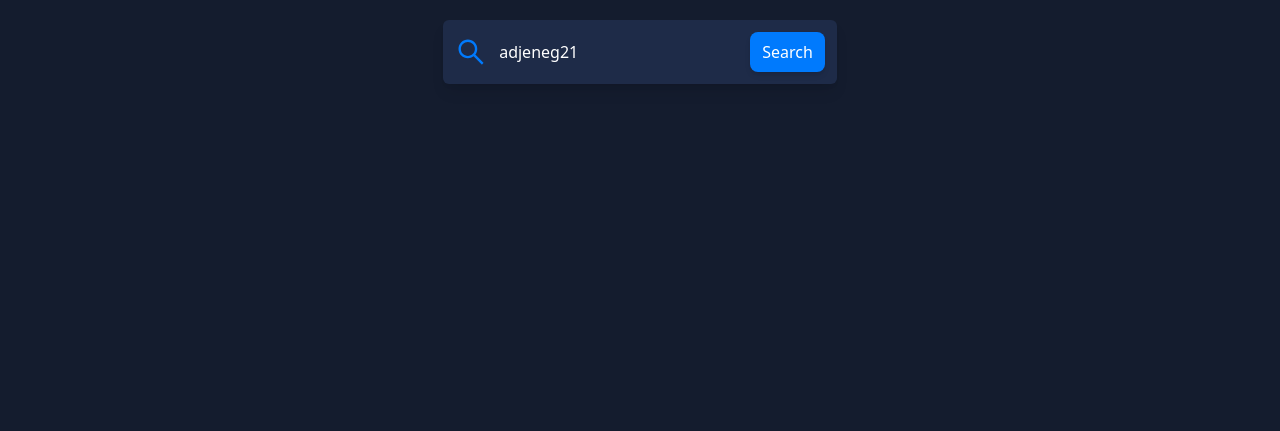
Repository: Gabriel221-dev/Git-Project
Page: /
The author's editor kept a copy of each file at every save. The page is drawn from the files as they stood at one save, then again after the next save.
The browser window is 1280 px wide. The pictures show the whole page.
The page's requests for data from a server got no answer. The project was rebuilt for these pictures with package versions that can differ from the ones it lists, and the page was loaded fresh each time. No one was signed in, and anything a server would have sent is missing. Also part of the build but not shown: vite.config.js, src/components/Preview/Preview.jsx.

Above is the page before, as saved 2024-06-28 12:19:50.

### src/App.jsx
// import { useState } from "react";
// import "./App.css";
// import Search from "./components/Search/Search";
// import Preview from "./components/Preview/Preview";
// import DarkAndLightBtn from "./components/DarkAndLightBtn/DarkAndLightBtn";

// function App() {
//   const [data, setData] = useState({});
//   const [isLoading, setIsLoading] = useState(true);

//   return (
//     <div className="flex flex-col gap-5 h-screen w-full justify-center items-center bg-dark-bg">
//       <div>
//         <DarkAndLightBtn />
//         <Search setData={setData} setIsLoading={setIsLoading} />
//       </div>
//       <div>
//         <Preview
//           avatarUrl={data.avatar_url}
//           blog={data.blog}
//           email={data.email}
//           followers={data.followers}
//           following={data.following}
//           location={data.location}
//           login={data.login}
//           name={data.name}
//           public_repos={data.public_repos}
//           twitter={data.twitter}
//           isLoading={isLoading}
//           bio={data.bio}
//           joinedAt={data.created_at?.split("T")[0]}
//         />
//       </div>
//     </div>
//   );
// }

// export default App;

import { useState } from "react";
import "./App.css";
import Search from "./components/Search/Search";
import Preview from "./components/Preview/Preview";

function App() {
  const [data, setData] = useState(null);
  const [isLoading, setIsLoading] = useState(false);

  return (
    <div className="flex flex-col gap-5 h-screen w-100% p-5  justify-content items-center bg-dark-bg">
      <Search setData={setData} setIsLoading={setIsLoading} />
      {data && (
        <Preview
          avatarUrl={data.avatar_url}
          name={data.name}
          login={data.login}
          public_repos={data.public_repos}
          followers={data.followers}
          following={data.following}
          location={data.location}
          blog={data.blog}
          twitter={data.twitter_username}
          email={data.email}
          isLoading={isLoading}
          bio={data.bio}
          joinedAt={new Date(data.created_at).toLocaleDateString()}
        />
      )}
    </div>
  );
}

export default App;

### src/App.css
#root {
  max-width: auto;
  margin: 0;
  padding: 0rem;
  text-align: center;
}

.logo {
  height: 6em;
  padding: 1.5em;
  will-change: filter;
  transition: filter 300ms;
}
.logo:hover {
  filter: drop-shadow(0 0 2em #646cffaa);
}
/* .logo.react:hover {
  filter: drop-shadow(0 0 2em #61dafbaa);
} */

@keyframes logo-spin {
  from {
    transform: rotate(0deg);
  }
  to {
    transform: rotate(360deg);
  }
}

@media (prefers-reduced-motion: no-preference) {
  a:nth-of-type(2) .logo {
    animation: logo-spin infinite 20s linear;
  }
}

.card {
  padding: 2em;
}

.read-the-docs {
  color: #888;
}

### src/components/Search/Search.jsx
import React, { useEffect, useState } from "react";

function Search({ setData, setIsLoading }) {
  const [userName, setUserName] = useState("adjeneg21");
  const [error, setError] = useState("");
  const handleClick = async () => {
    setIsLoading(true);
    setError("");
    const data = await fetch(`https://api.github.com/users/${userName}`);
    if (!data.ok) {
      if (data.status === 404) {
        throw new Error("user not found");
      } else {
        throw new Error("something went wrong. Please try again");
      }
    }
    const userData = await data.json();
    setData(userData);
    setError(error.message);
    setIsLoading(false);
    console.log(userData);
  };

  useEffect(() => {
    handleClick();
  }, []);
  return (
    <div className="flex bg-dark-gray p-3 gap-5 rounded-md shadow-lg ">
      <div className="flex items-center gap-3">
        <span>
          {" "}
          <svg
            className="text-dark-blue"
            viewBox="0 0 1024 1024"
            fill="currentColor"
            height="2em"
            width="2em"
          >
            <path d="M909.6 854.5L649.9 594.8C690.2 542.7 712 479 712 412c0-80.2-31.3-155.4-87.9-212.1-56.6-56.7-132-87.9-212.1-87.9s-155.5 31.3-212.1 87.9C143.2 256.5 112 331.8 112 412c0 80.1 31.3 155.5 87.9 212.1C256.5 680.8 331.8 712 412 712c67 0 130.6-21.8 182.7-62l259.7 259.6a8.2 8.2 0 0011.6 0l43.6-43.5a8.2 8.2 0 000-11.6zM570.4 570.4C528 612.7 471.8 636 412 636s-116-23.3-158.4-65.6C211.3 528 188 471.8 188 412s23.3-116.1 65.6-158.4C296 211.3 352.2 188 412 188s116.1 23.2 158.4 65.6S636 352.2 636 412s-23.3 116.1-65.6 158.4z" />
          </svg>
        </span>
        <input
          className="bg-transparent outline-none text-white"
          value={userName}
          onChange={(e) => setUserName(e.target.value)}
          type="text"
          placeholder="Search Github Username..."
        />
      </div>
      <div>
        <button
          onClick={handleClick}
          className="bg-dark-blue rounded-lg px-3 py-2 text-white shadow-md "
        >
          Search
        </button>
      </div>
    </div>
  );
}

export default Search;

### tailwind.config.js
/** @type {import('tailwindcss').Config} */
export default {
  content: [
    "./index.html",
    "./src/**/*.{js,ts,jsx,tsx}",
  ],
  theme: {
    extend: {
      colors:{
        "dark-bg":"#141c2e",
        "dark-gray":"#1e2b48",
        "dark-blue":"#007afd",
        "light-green" : "#006400",
      }
    },
  },
  plugins: [],
}

Loaded but not shown: index.html (common file); src/main.jsx (common file); src/index.css (common file)

After the next save:
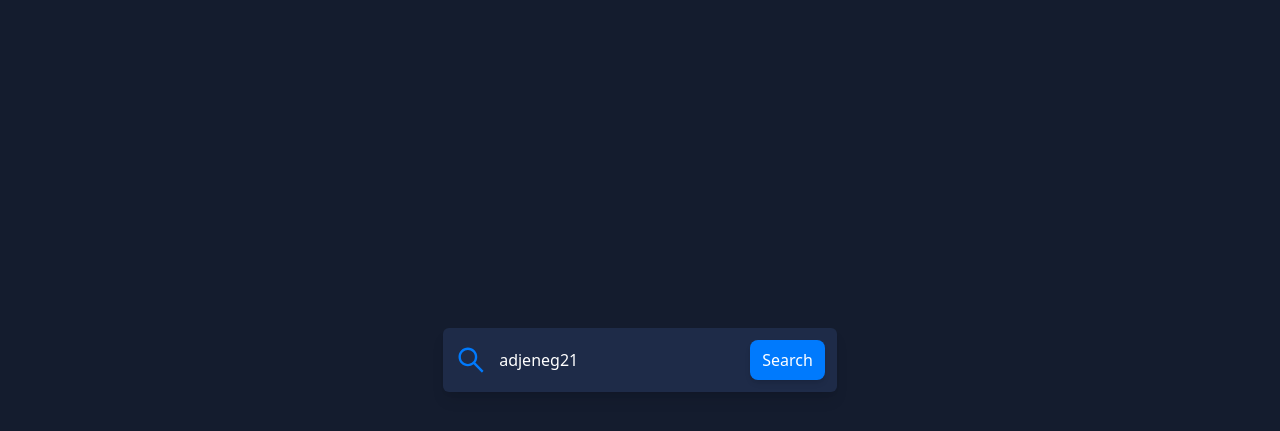
Saved 101 s later.
--- a/src/App.jsx
+++ b/src/App.jsx
@@ -47,7 +47,7 @@
   const [isLoading, setIsLoading] = useState(false);
 
   return (
-    <div className="flex flex-col gap-5 h-screen w-100% p-5  justify-content items-center bg-dark-bg">
+    <div className="flex flex-col gap-5 h-screen w-100%  justify-center items-center bg-dark-bg">
       <Search setData={setData} setIsLoading={setIsLoading} />
       {data && (
         <Preview
